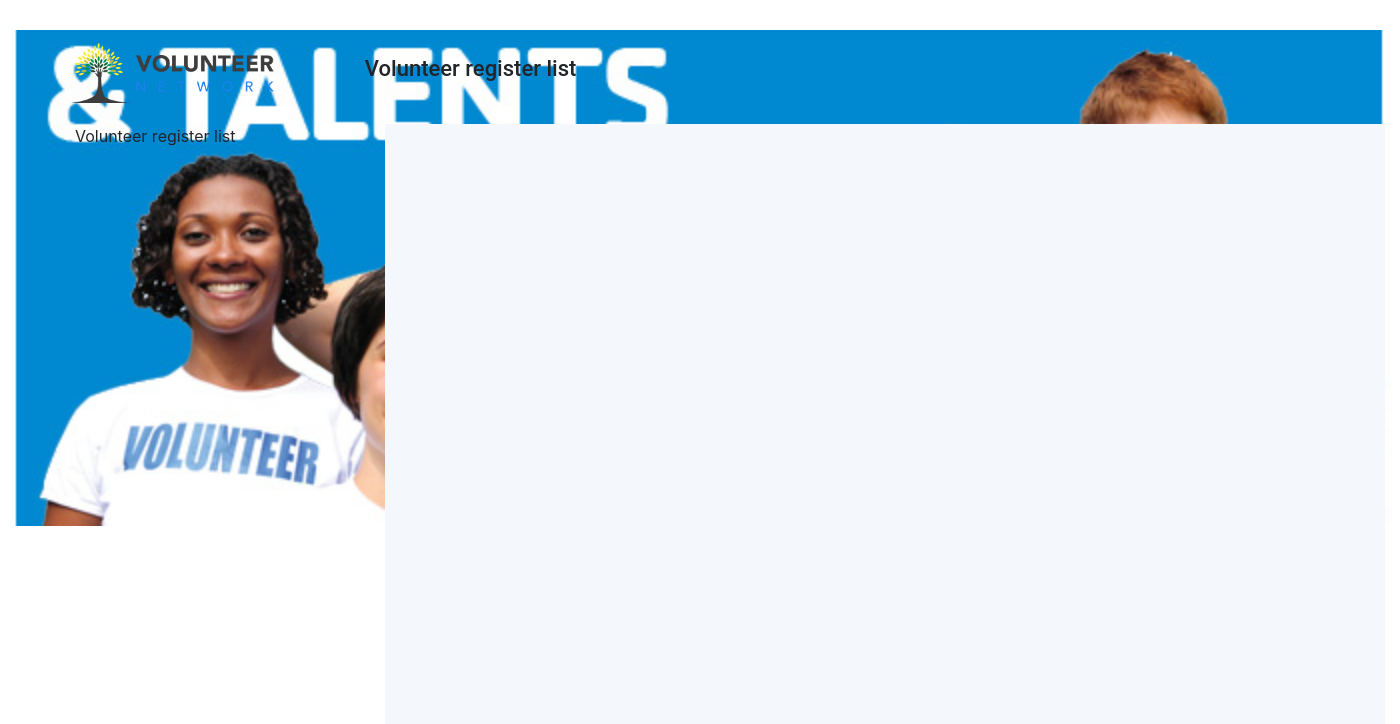
Repository: MdTahsinAmin/volunteer-network-client
Page: /adminPanel
An editor plug-in stored every save of this project. The page is shown before and after the next save, followed by the edit.
The browser window is 1280 px wide. The page is 1400 px wide, so the pictures cover 1400 px, including what lies to the right of the window. The pictures show the whole page.
The project was rebuilt for these pictures with package versions that can differ from the ones it lists, and the page was loaded fresh each time.

Above is the page before, as saved 2020-10-04 23:25:50.

### public/index.html
<!DOCTYPE html>
<html lang="en">
  <head>
    <meta charset="utf-8" />
    <link rel="icon" href="%PUBLIC_URL%/favicon.ico" />
    <meta name="viewport" content="width=device-width, initial-scale=1" />
    <meta name="theme-color" content="#000000" />
    <meta
      name="description"
      content="Web site created using create-react-app"
    />
    <link rel="apple-touch-icon" href="%PUBLIC_URL%/logo192.png" />
    <!--
      manifest.json provides metadata used when your web app is installed on a
      user's mobile device or desktop. See https://developers.google.com/web/fundamentals/web-app-manifest/
    -->
    <link rel="manifest" href="%PUBLIC_URL%/manifest.json" />
    <!--
      Notice the use of %PUBLIC_URL% in the tags above.
      It will be replaced with the URL of the `public` folder during the build.
      Only files inside the `public` folder can be referenced from the HTML.

      Unlike "/favicon.ico" or "favicon.ico", "%PUBLIC_URL%/favicon.ico" will
      work correctly both with client-side routing and a non-root public URL.
      Learn how to configure a non-root public URL by running `npm run build`.
    -->
    <title>Volunteer Network</title>
  </head>
  <body>
    <noscript>You need to enable JavaScript to run this app.</noscript>
    <div id="root"></div>
    <!--
      This HTML file is a template.
      If you open it directly in the browser, you will see an empty page.

      You can add webfonts, meta tags, or analytics to this file.
      The build step will place the bundled scripts into the <body> tag.

      To begin the development, run `npm start` or `yarn start`.
      To create a production bundle, use `npm run build` or `yarn build`.
    -->
  </body>
</html>

### src/App.js
import React from 'react';
import './App.css';
import Header from './components/Header/Header';
import {
  BrowserRouter as Router,
  Switch,
  Route,
  Link
} from "react-router-dom";
import AdminPanel from './components/AdminPanel/AdminPanel';
function App() {
  return (
    <div className="App">
     <Router>
      <Switch>
        <Route path ='/home'>
         <Header navbar={true}></Header>
        </Route>
        <Route path="/adminPanel">
           <div>
           <Header navbar={false}></Header>
           <AdminPanel/>
           </div>
        </Route>
        <Route exact path="/">
           <Header navbar={true}></Header>
        </Route>
      </Switch>
     </Router>
    </div>
  );
}

export default App;

### src/App.css
.App {
    background-image:url('./logos/Volunteer_Image.jpg');
    background-repeat: no-repeat;
    background-size: cover;
    background-position: center;
    width: 1400px;
    height: 496px;
    left: 1px;
    top: -1px;
}

.App-logo {
  height: 40vmin;
  pointer-events: none;
}

@media (prefers-reduced-motion: no-preference) {
  .App-logo {
    animation: App-logo-spin infinite 20s linear;
  }
}

.App-header {
  background-color: #282c34;
  min-height: 100vh;
  display: flex;
  flex-direction: column;
  align-items: center;
  justify-content: center;
  font-size: calc(10px + 2vmin);
  color: white;
}

.App-link {
  color: #61dafb;
}

@keyframes App-logo-spin {
  from {
    transform: rotate(0deg);
  }
  to {
    transform: rotate(360deg);
  }
}

### src/components/Header/Header.js
import React from 'react';
import { Link, useHistory } from 'react-router-dom';
import './Header.css'
import volunteerLogo from '../../logos/volunteer.png';
import { styled } from '@material-ui/core/styles';
import Button from '@material-ui/core/Button';

// Material Button

const MyButton = styled(Button)({
    background: 'linear-gradient(45deg, #3F90FC 30%, #3F90FC 90%)',
    border: 0,
    borderRadius: '6px',
    color: 'white',
    height: 48,
    padding: '14px 43px',
    marginRight:'15px',
    marginLeft:'9px',
    cursor:'pointer'
  });

  const AdminBtn = styled(Button)({
    background: 'linear-gradient(45deg, #434141 30%, #434141 90%)',
    border: 0,
    borderRadius: '6px',
    color: 'white',
    height: 48,
    padding: '14px 43px',
    marginRight:'15px',
    cursor:'pointer'
  })

const Header = (props) => {

    const history = useHistory();

    const handleAdminPanel = () =>{
         history.push('/adminPanel');
    }


    return (
      <div className="header">
          <div className={props.navbar ? "container" : 'adminPanel'}>
          <nav className="navbar navbar-expand-lg navbar-light">
            <Link to='/home' className="navbar-brand"><img className={props.navbar ?'volunteerLogo':'Logo'} src={volunteerLogo} alt=""/></Link>
            <button className="navbar-toggler" type="button" data-toggle="collapse" data-target="#navbarSupportedContent" aria-controls="navbarSupportedContent" aria-expanded="false" aria-label="Toggle navigation">
                <span className="navbar-toggler-icon"></span>
            </button>
            {
                !props.navbar && <h5 className="volunteer-list">Volunteer register list</h5>
            }
            {
                props.navbar &&  <div className="collapse navbar-collapse" id="navbarSupportedContent">
                <ul className="navbar-nav ml-auto">
                <li className="nav-item">
                    <Link className="nav-link item-nav">Home</Link>
                </li>
                <li className="nav-item">
                    <Link className="nav-link item-nav">Donation</Link>
                </li>
                <li className="nav-item">
                    <Link className="nav-link item-nav">Events</Link>
                </li>
                <li className="nav-item">
                    <Link className="nav-link item-nav">Blog</Link>
                </li>
                <li className="nav-item">
                    <MyButton>Register</MyButton>
                </li>
                <li className="nav-item">
                   <AdminBtn
                     onClick={handleAdminPanel}
                   >Admin
                   </AdminBtn>
                </li>
                </ul>
            </div>
            }
            </nav>
      </div>
   </div>
    );
};

export default Header;

### src/components/AdminPanel/AdminPanel.js
import React from 'react';
import './AdminPanel.css';
import GroupIcon from '@material-ui/icons/Group';
const AdminPanel = () => {
    return (
        <div className="adminPanel-section">
            <div className="section-panel">
                <p>Volunteer register list</p>
            </div>
            <div className='Volunteer-list'>

            </div>
        </div>
    );
};

export default AdminPanel;

### src/components/Header/Header.css
.volunteerLogo{
    width: 202.81px;
    height: 60px;
    left: 88px;
    top: 44px;
}
.header{
    margin-top: 30px;
}
.nav-link{
    font-family: Montserrat;
    font-style: normal;
    font-weight: 500;
    font-size: 20px;
    text-align: center;
    color: #0B0B0B;
}

### src/components/AdminPanel/AdminPanel.css
.adminPanel{
    margin-right:20px;
}
.Logo{
    width: 202.81px;
    height: 60px;
    left: 88px;
    top: 44px;
    margin-left:55px;
}
.volunteer-list{
    margin-left:75px;
    font-family: Roboto;
    font-style: normal;
    font-weight: 500;
    font-size: 22px;
}
.adminPanel-section{
    display:flex;
}
.section-panel{
    margin-top:8px;
    margin-left:75px;
}
.Volunteer-list{
    width:75%;
    margin-top:8px;
    margin-left:150px;
    width: 1000px;
    height: 600px;
    background: #F4F7FC;
}

Loaded but not shown: src/index.js (common file); src/index.css (common file); src/serviceWorker.js (common file)

After the next save:
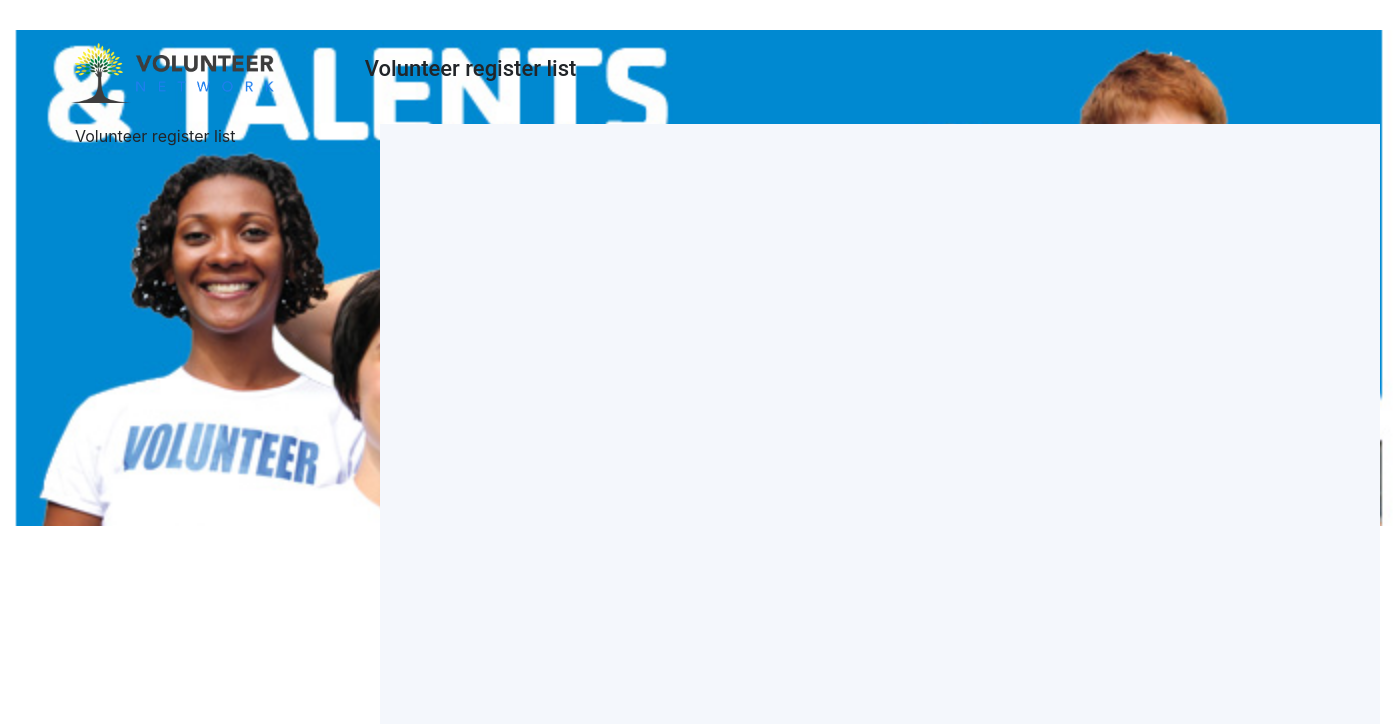
Saved 12 s later.
--- a/src/components/AdminPanel/AdminPanel.css
+++ b/src/components/AdminPanel/AdminPanel.css
@@ -25,7 +25,7 @@
 .Volunteer-list{
     width:75%;
     margin-top:8px;
-    margin-left:150px;
+    margin-left:145px;
     width: 1000px;
     height: 600px;
     background: #F4F7FC;
